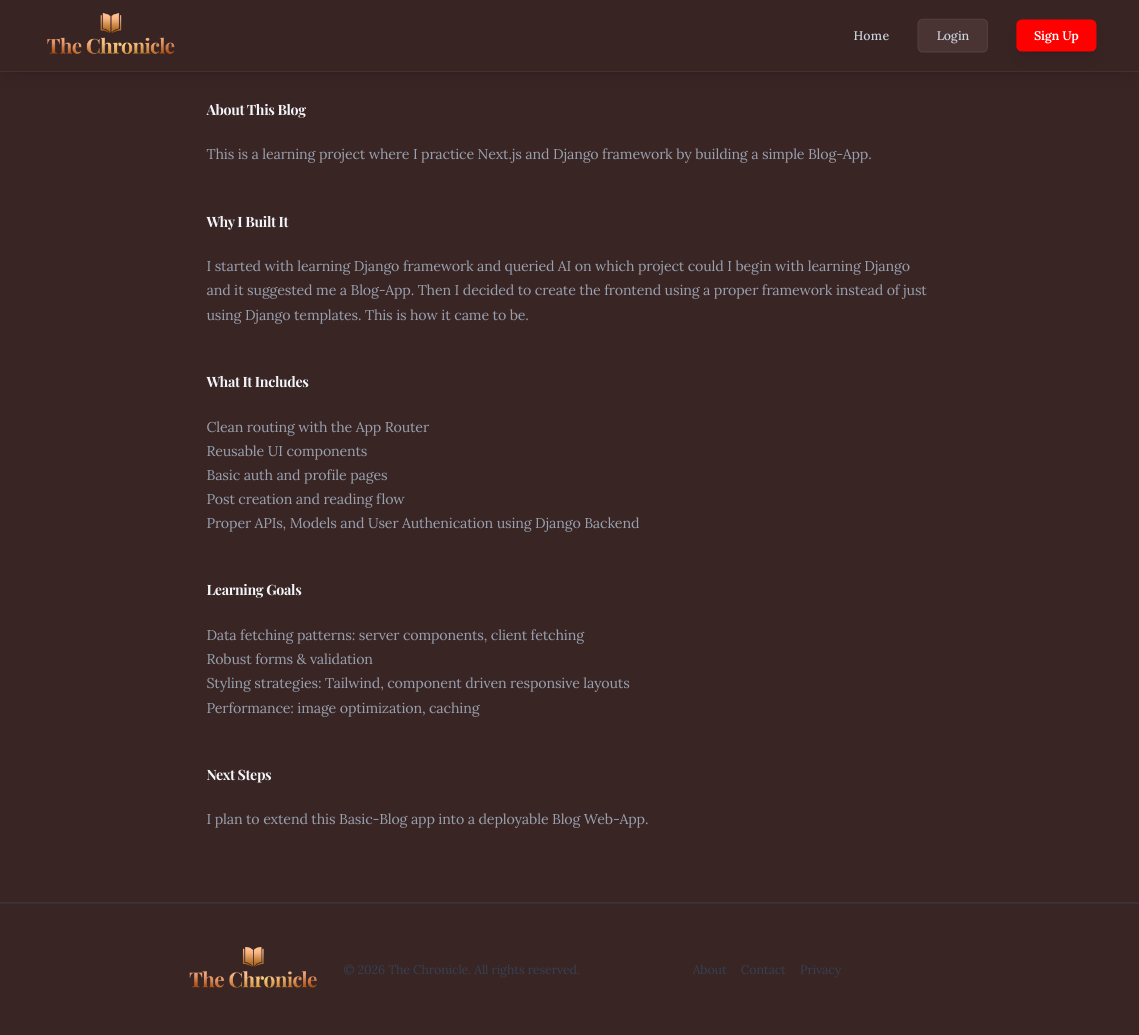
Repository: swaruplamsal/BasicBlogApp
Page: /about (app in blog-frontend/)
These files come from the project's save history. The page is drawn as it stood at one moment and after the next save; the edit follows.
The browser window is 1280 px wide. The pictures show the whole page, at 89% of full size.
The page's requests for data from a server got no answer. The project was rebuilt for these pictures with package versions that can differ from the ones it lists, and the page was loaded fresh each time. The framework's server and built-in components were replaced by stand-ins that run in the browser. No one was signed in, and anything a server would have sent is missing. Also part of the build but not shown: blog-frontend/next.config.mjs, blog-frontend/app/components/Avatar.js.

Above is the page before, as saved 2026-02-07 21:17:55.

After the next save:
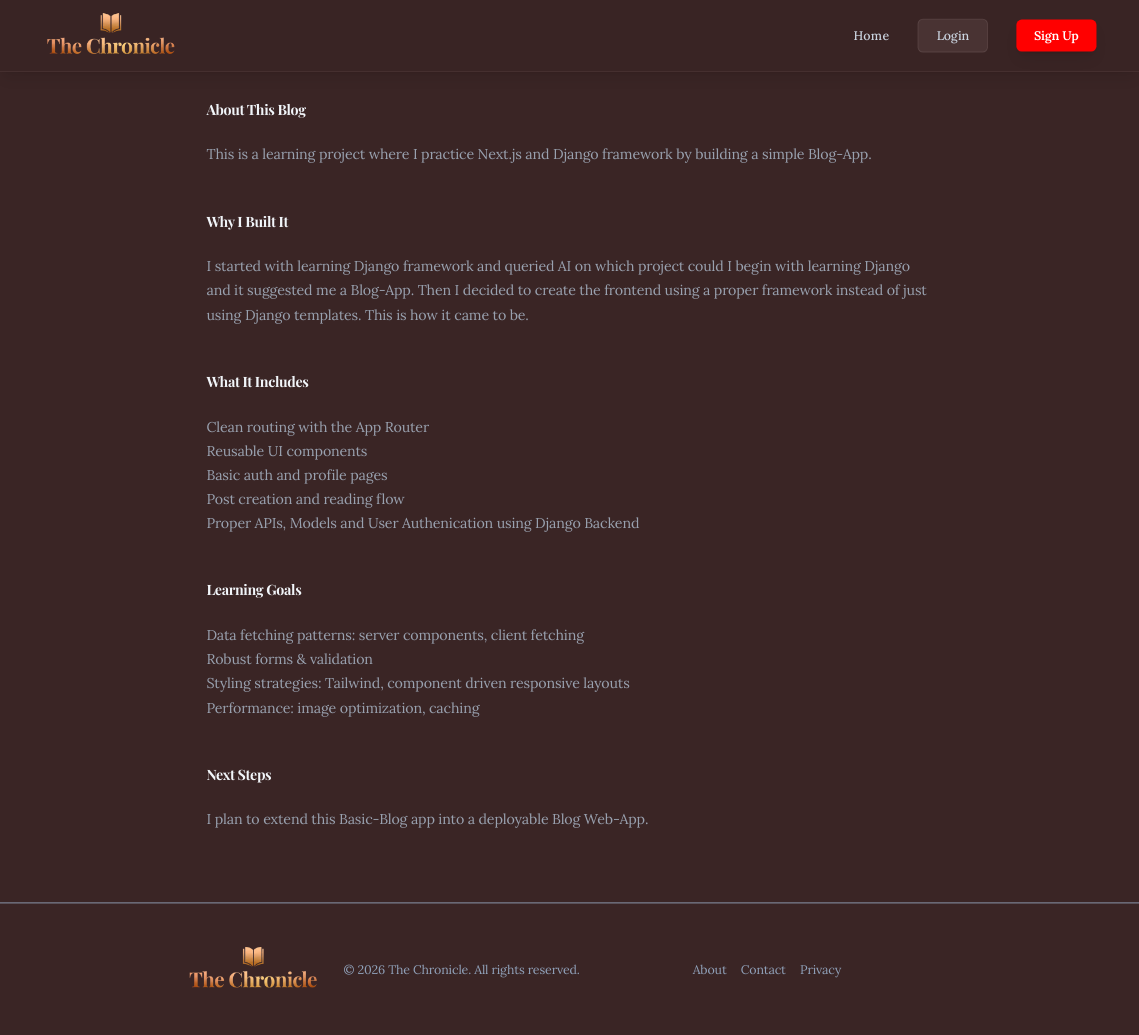
Saved 3 min 16 s later.
--- a/blog-frontend/app/components/Footer.js
+++ b/blog-frontend/app/components/Footer.js
@@ -4,7 +4,7 @@ import SocialLinks from "./SocialLinks";
 
 export default function Footer() {
   return (
-    <footer className="border-t mt-12 py-8 text-gray-700 dark:bg-gray-900 dark:text-gray-200">
+    <footer className="border-t mt-12 py-8 text-slate-400 dark:bg-gray-900 dark:text-slate-400">
       <div className="max-w-4xl mx-auto px-4 flex flex-col md:flex-row items-center justify-between gap-4">
         <div className="flex items-center space-x-3">
           <Link href="/" className="flex items-center">
@@ -24,19 +24,19 @@ export default function Footer() {
         <nav className="flex items-center space-x-4" aria-label="Footer">
           <Link
             href="/about"
-            className="text-sm hover:text-red-600 transition-colors duration-200 dark:hover:text-red-400 active:text-red-900 focus:outline-none focus-visible:ring-2 focus-visible:ring-red-300 rounded"
+            className="text-sm text-slate-400 hover:text-red-600 transition-colors duration-200 dark:text-slate-400 dark:hover:text-red-400 active:text-red-900 focus:outline-none focus-visible:ring-2 focus-visible:ring-red-300 rounded"
           >
             About
           </Link>
           <Link
             href="/contact"
-            className="text-sm hover:text-red-600 transition-colors duration-200 dark:hover:text-red-400 active:text-red-900 focus:outline-none focus-visible:ring-2 focus-visible:ring-red-300 rounded"
+            className="text-sm text-slate-400 hover:text-red-600 transition-colors duration-200 dark:text-slate-400 dark:hover:text-red-400 active:text-red-900 focus:outline-none focus-visible:ring-2 focus-visible:ring-red-300 rounded"
           >
             Contact
           </Link>
           <Link
             href="/privacy"
-            className="text-sm hover:text-red-600 transition-colors duration-200 dark:hover:text-red-400 active:text-red-900 focus:outline-none focus-visible:ring-2 focus-visible:ring-red-300 rounded"
+            className="text-sm text-slate-400 hover:text-red-600 transition-colors duration-200 dark:text-slate-400 dark:hover:text-red-400 active:text-red-900 focus:outline-none focus-visible:ring-2 focus-visible:ring-red-300 rounded"
           >
             Privacy
           </Link>
